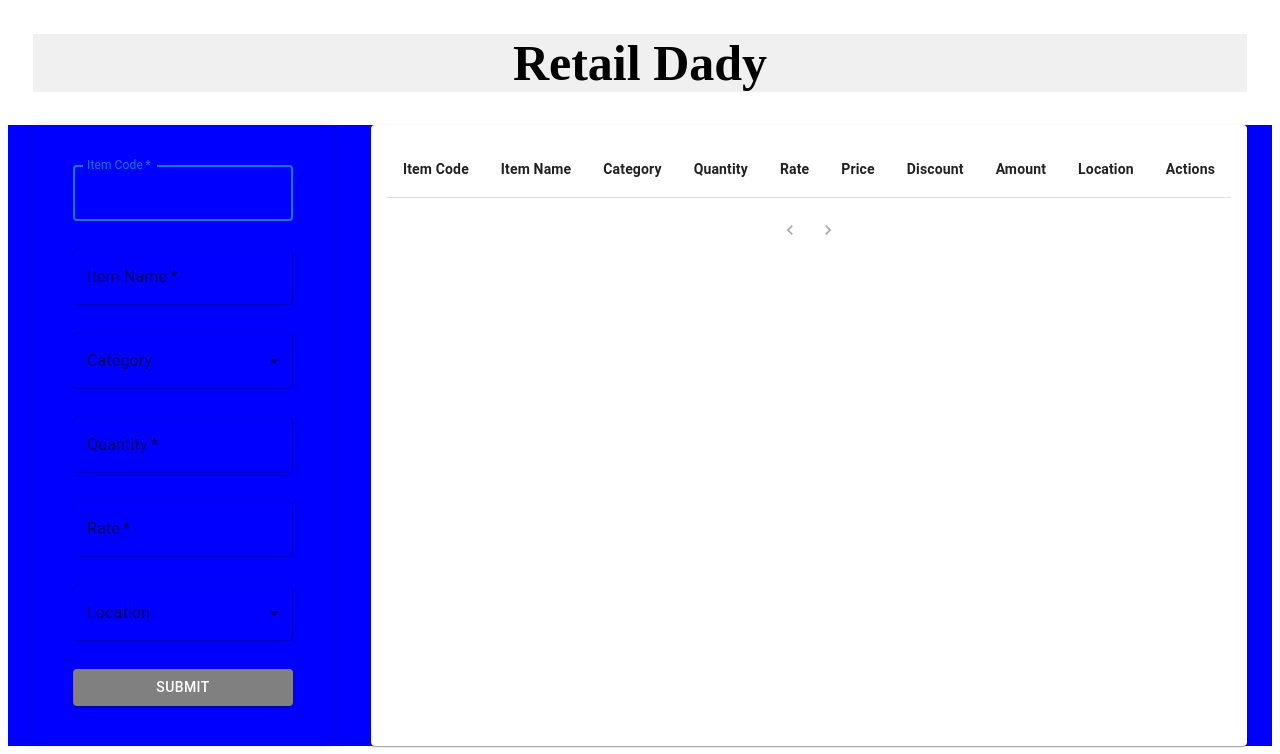
Repository: SharonSebastian32/retail-dady-frontend-app
Page: /
An editor plug-in stored every save of this project. The page is shown before and after a run of saves, followed by the edit.
The browser window is 1280 px wide. The pictures show the whole page.
The page's requests for data from a server got no answer. The project was rebuilt for these pictures with package versions that can differ from the ones it lists, and the page was loaded fresh each time. No one was signed in, and anything a server would have sent is missing. Also part of the build but not shown: vite.config.js, src/components/Childrens/FormDialogue.jsx, src/components/Childrens/ViewDetails.jsx, src/App.css.

Above is the page before, as saved 2024-12-07 21:39:50.

### index.html
<!DOCTYPE html>
<html lang="en">
  <head>
    <meta charset="UTF-8" />
    <link rel="icon" type="image/svg+xml" href="/image.png" />
    <meta
      name="viewport"
      content="width=device-width, initial-scale=1.0, maximum-scale=5.0, minimum-scale=1.0"
    />
    <meta http-equiv="X-UA-Compatible" content="IE=edge" />
    <meta name="theme-color" content="#000000" />
    <meta name="description" content="Retail Dady - Your retail solution" />
    <title>Retail Dady</title>
  </head>
  <body>
    <div id="root"></div>
    <script type="module" src="/src/main.jsx"></script>
  </body>
</html>

### src/main.jsx
import { createRoot } from "react-dom/client";
import App from "./App.jsx";
import "primereact/resources/themes/lara-light-indigo/theme.css";
import "primereact/resources/primereact.min.css";
createRoot(document.getElementById("root")).render(<App />);

### src/App.jsx
import { useState } from "react";
import Tables from "./components/Tables";
import "./App.css";
import InvoiceForm from "./components/Form";

function App() {
  const [refresh, setRefresh] = useState(false);

  const triggerRefresh = () => {
    setRefresh((prev) => !prev);
  };

  return (
    <>
      <div style={{ padding: "0px 25px" }}>
        <h1
          style={{
            backgroundColor: "#f0f0f1",
            color: "black",
            fontFamily: "serif",
            fontSize: "50px",
            textAlign: "center",
          }}
        >
          Retail Dady
        </h1>
      </div>
      <div
        style={{
          display: "flex",
          flexDirection: "row",
          padding: "0px 25px",
          justifyContent: "space-between",
          backgroundColor: "blue",
        }}
      >
        {" "}
        <div style={{ paddingRight: "25px" }}>  <InvoiceForm onFormSubmit={triggerRefresh} /></div>

        <Tables refresh={refresh} />
      </div>
    </>
  );
}

export default App;

### src/components/Tables.jsx
import { useEffect, useState, useRef } from "react";
import axios from "axios";
import { Toast } from "primereact/toast";
import { ConfirmDialog, confirmDialog } from "primereact/confirmdialog";
import {
  Table,
  TableBody,
  TableCell,
  TableContainer,
  TableHead,
  TableRow,
  Paper,
  IconButton,
  Pagination,
} from "@mui/material";
import { MdDeleteOutline } from "react-icons/md";
import { CiEdit } from "react-icons/ci";
import { RxEyeOpen } from "react-icons/rx";
import FormDialog from "./Childrens/FormDialogue";
import ViewDialog from "./Childrens/ViewDetails.jsx"; // Import ViewDialog

function Tables({ refresh }) {
  const [data, setData] = useState([]);
  const [currentPage, setCurrentPage] = useState(1);
  const rowsPerPage = 6;
  const toast = useRef(null);
  const [selectedRow, setSelectedRow] = useState(null); // For FormDialog and ViewDialog
  const [viewMode, setViewMode] = useState(false); // Track if the view dialog is open
  const showToast = (severity, summary, detail) => {
    toast.current.show({
      severity: severity,
      summary: summary,
      detail: detail,
      life: 3000,
    });
  };

  useEffect(() => {
    fetchInvoices();
  }, [refresh]);

  const fetchInvoices = async () => {
    try {
      const response = await fetch(
        import.meta.env.VITE_API_URL + "/api/v1/invoices/getall",
        {
          method: "GET",
          headers: {
            "Content-Type": "application/json",
          },
        }
      );

      if (!response.ok) {
        throw new Error(`HTTP error! Status: ${response.status}`);
      }

      const result = await response.json();
      setData(result.data.reverse());
    } catch (error) {
      console.error("Error fetching invoices:", error);
      showToast(
        "error",
        "Error",
        "Failed to fetch Stock. Please try again later."
      );
    }
  };

  const confirmDelete = (id) => {
    confirmDialog({
      message: "Are you sure you want to delete Stock?",
      header: "Delete",
      icon: "pi pi-exclamation-triangle",
      acceptClassName: "p-button-danger",
      accept: () => handleDelete(id),
      reject: () =>
        showToast("info", "Cancelled", "Delete operation cancelled"),
    });
  };

  const handleDelete = async (id) => {
    if (!id) {
      showToast("error", "Error", "No Stock ID provided for deletion");
      return;
    }
    try {
      const response = await axios.delete(
        import.meta.env.VITE_API_URL + `/api/v1/invoices/delete/${id}`
      );
      if (response.status === 200) {
        setData((prevData) => prevData.filter((item) => item._id !== id));
        showToast("success", "Success", "Item deleted successfully!");
      } else {
        showToast("error", "Error", "Failed to delete item.");
      }
    } catch (error) {
      console.error("Error deleting item:", error);
      showToast("error", "Error", "Failed to delete item.");
    }
  };

  const findDocumentAndUpdate = (row) => {
    setSelectedRow(row);
    setViewMode(false); // Set to false when editing, as it should show the form dialog
  };

  const viewDocument = (row) => {
    setSelectedRow(row);
    setViewMode(true); // Set to true when viewing, to show the view dialog
  };

  const getDiscount = (category) => {
    switch (category) {
      case "Vegetables":
        return 10;
      case "Stationaries":
        return 3;
      case "Fruits":
        return 5;
      default:
        return 0;
    }
  };

  const getCategoryAbbreviation = (category) => {
    switch (category) {
      case "Vegetables":
        return "VEG";
      case "Stationaries":
        return "STR";
      case "Fruits":
        return "FRT";
      default:
        return category;
    }
  };

  const handleEdit = async () => {
    try {
      await fetchInvoices();
      showToast("success", "Success", "Updated successfully!");
    } catch (error) {
      console.error("Error handling submit:", error);
      showToast(
        "error",
        "Error",
        "Failed to update data. Please try again later."
      );
    }
  };

  const indexOfLastRow = currentPage * rowsPerPage;
  const indexOfFirstRow = indexOfLastRow - rowsPerPage;
  const currentRows = data.slice(indexOfFirstRow, indexOfLastRow);
  const totalPages = Math.ceil(data.length / rowsPerPage);

  return (
    <Paper elevation={1} sx={{ padding: 2 }}>
      <Toast ref={toast} />
      <ConfirmDialog />
      <TableContainer>
        <Table>
          <TableHead>
            <TableRow>
              {[
                "Item Code",
                "Item Name",
                "Category",
                "Quantity",
                "Rate",
                "Price",
                "Discount",
                "Amount",
                "Location",
                "Actions",
              ].map((header) => (
                <TableCell key={header} style={{ fontWeight: "bold" }}>
                  {header}
                </TableCell>
              ))}
            </TableRow>
          </TableHead>
          <TableBody>
            {currentRows.map((row, index) => {
              const discount = getDiscount(row.category);
              const price = row.quantity * (row.rate || 0);
              const amountPay = (price - (price * discount) / 100).toFixed(2);
              return (
                <TableRow
                  key={row._id}
                  style={{
                    backgroundColor: index % 2 === 0 ? "#ffffff" : "#f0f0f0",
                    cursor: "pointer",
                  }}
                >
                  <TableCell>{row.itemCode}</TableCell>
                  <TableCell>{row.itemName}</TableCell>
                  <TableCell>{getCategoryAbbreviation(row.category)}</TableCell>
                  <TableCell>{row.quantity}</TableCell>
                  <TableCell>{row.rate?.toFixed(2) || "-"}</TableCell>
                  <TableCell>{price.toFixed(2) || "-"}</TableCell>
                  <TableCell>{`${discount}%`}</TableCell>
                  <TableCell>{amountPay}</TableCell>
                  <TableCell>{row.location || "-"}</TableCell>
                  <TableCell>
                    <div className="flex flex-row gap-2">
                      <IconButton
                        onClick={() => confirmDelete(row._id)}
                        aria-label="delete"
                        className="hover:bg-red-100"
                      >
                        <MdDeleteOutline color="red" />
                      </IconButton>
                      <IconButton
                        onClick={() => findDocumentAndUpdate(row)} // Open FormDialog for edit
                        aria-label="edit"
                        className="hover:bg-green-100"
                      >
                        <CiEdit color="green" />
                      </IconButton>
                      <IconButton
                        onClick={() => viewDocument(row)} // Open ViewDialog for viewing
                        aria-label="view"
                        className="hover:bg-gray-100"
                      >
                        <RxEyeOpen color="black" />
                      </IconButton>
                    </div>
                  </TableCell>
                </TableRow>
              );
            })}
          </TableBody>
        </Table>
      </TableContainer>
      <Pagination
        count={totalPages}
        page={currentPage}
        onChange={(event, page) => setCurrentPage(page)}
        sx={{ marginTop: 2, display: "flex", justifyContent: "center" }}
      />
      {/* Show FormDialog if editing, and ViewDialog if viewing */}
      {selectedRow && !viewMode && (
        <FormDialog
          open={!!selectedRow} // Open FormDialog if row is selected
          handleClose={() => setSelectedRow(null)} // Close FormDialog
          rowData={selectedRow} // Pass rowData for editing
          handleSubmit={handleEdit}
        />
      )}
      {selectedRow && viewMode && (
        <ViewDialog
          open={!!selectedRow} // Open ViewDialog if row is selected
          handleClose={() => setSelectedRow(null)} // Close ViewDialog
          rowData={selectedRow} // Pass rowData for viewing
        />
      )}
    </Paper>
  );
}

export default Tables;

### src/components/Form.jsx
import { useState, useRef, useEffect } from "react";
import { Toast } from "primereact/toast";
import { ConfirmDialog } from "primereact/confirmdialog";
import {
  Box,
  Button,
  MenuItem,
  Select,
  TextField,
  FormControl,
  InputLabel,
} from "@mui/material";

function Form({ onFormSubmit }) {
  const toast = useRef(null);
  const itemCodeRef = useRef(null); // Ref for itemCode input
  const [visible, setVisible] = useState(false);
  const [formData, setFormData] = useState({
    itemCode: "",
    itemName: "",
    category: "",
    quantity: "",
    rate: "",
    location: "",
  });

  const handleChange = (e) => {
    const { name, value } = e.target;
    setFormData((prevData) => ({ ...prevData, [name]: value }));
  };

  const handleFormSubmit = async () => {
    try {
      const response = await fetch(
        import.meta.env.VITE_API_URL + "/api/v1/invoices/create", // Fixed syntax error - removed extra parentheses
        {
          method: "POST",
          headers: { "Content-Type": "application/json" },
          body: JSON.stringify(formData),
        }
      );

      const data = await response.json();

      if (response.ok) {
        toast.current.show({
          severity: "success",
          summary: "Success",
          detail: "Stock added successfully!",
          life: 3000,
        });

        setFormData({
          itemCode: "",
          itemName: "",
          category: "",
          quantity: "",
          rate: "",
          location: "",
        });
        onFormSubmit();
      } else {
        showToastError(data.message || "Something went wrong!");
      }
    } catch (error) {
      showToastError("Failed to add stock. Please try again.");
      console.error(error);
    }
  };

  const showToastError = (message) => {
    toast.current.show({
      severity: "error",
      summary: "Error",
      detail: message,
      life: 3000,
    });
  };

  // Handle form submission action
  const handleSubmit = (e) => {
    e.preventDefault();
    setVisible(true);
  };

  // Confirmation accept and reject actions
  const accept = () => {
    handleFormSubmit();
    setVisible(false);
  };

  const reject = () => {
    toast.current.show({
      severity: "warn",
      summary: "Cancelled",
      detail: "You have cancelled the submission",
      life: 3000,
    });
  };

  // Focus on itemCode input field after form reset
  useEffect(() => {
    if (formData.itemCode === "") {
      itemCodeRef.current?.focus(); // Focus after resetting form data
    }
  }, [formData.itemCode]);

  return (
    <Box
      component="form"
      onSubmit={handleSubmit}
      sx={{
        marginTop: "9px",
        padding: "40px",
        boxShadow: "0px 0px 10px rgba(0, 0, 0, 0.1)",
        gap: "28px",
        display: "flex",
        flexDirection: "column",
        maxWidth: "300px",
        margin: "0 auto",
      }}
    >
      <Toast ref={toast} />
      <ConfirmDialog
        visible={visible}
        onHide={() => setVisible(false)}
        message="Are you sure you want to add this item to Stock?"
        header="Confirmation"
        icon="pi pi-exclamation-triangle"
        accept={accept}
        reject={reject}
      />

      {/* Item Code */}
      <TextField
        inputRef={itemCodeRef} // Ref for itemCode TextField
        label="Item Code"
        name="itemCode"
        value={formData.itemCode}
        onChange={handleChange}
        placeholder="Enter Item Code"
        required
        fullWidth
      />

      {/* Item Name */}
      <TextField
        label="Item Name"
        name="itemName"
        value={formData.itemName}
        onChange={handleChange}
        placeholder="Enter Item Name"
        required
        fullWidth
      />

      {/* Category */}
      <FormControl fullWidth>
        <InputLabel id="category-label">Category</InputLabel>
        <Select
          labelId="category-label"
          label="Category"
          name="category"
          value={formData.category}
          onChange={handleChange}
          required
        >
          <MenuItem value="Fruits">Fruits</MenuItem>
          <MenuItem value="Vegetables">Vegetables</MenuItem>
          <MenuItem value="Stationaries">Stationaries</MenuItem>
        </Select>
      </FormControl>

      {/* Quantity */}
      <TextField
        label="Quantity"
        name="quantity"
        type="number"
        value={formData.quantity}
        onChange={handleChange}
        placeholder="Enter Quantity"
        required
        fullWidth
      />

      {/* Rate */}
      <TextField
        label="Rate"
        name="rate"
        type="number"
        value={formData.rate}
        onChange={handleChange}
        placeholder="Enter Rate"
        required
        fullWidth
      />

      {/* Location */}
      <FormControl fullWidth>
        <InputLabel id="location-label">Location</InputLabel>
        <Select
          labelId="location-label"
          name="location"
          label="Location"
          value={formData.location}
          onChange={handleChange}
          required
        >
          <MenuItem value="Calicut">Calicut</MenuItem>
          <MenuItem value="Malappuram">Malappuram</MenuItem>
          <MenuItem value="Thrissur">Thrissur</MenuItem>
        </Select>
      </FormControl>

      {/* Submit Button */}
      <Button
        type="submit"
        variant="contained"
        sx={{ backgroundColor: "grey", width: "100%" }}
      >
        Submit
      </Button>
    </Box>
  );
}

export default Form;

After the next 2 saves:
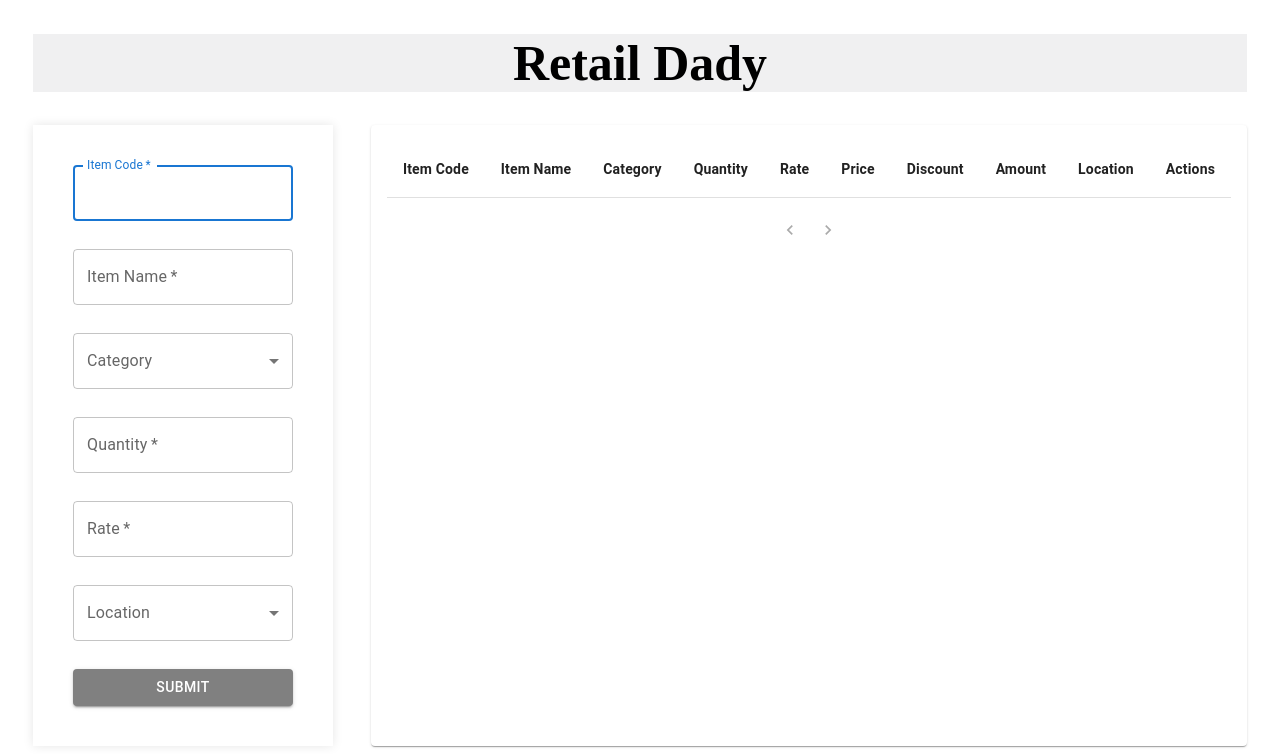
The 2 saves are shown as one change because they came seconds apart.
The last was saved 14 s later.
--- a/src/App.jsx
+++ b/src/App.jsx
@@ -31,12 +31,13 @@ function App() {
           flexDirection: "row",
           padding: "0px 25px",
           justifyContent: "space-between",
-          backgroundColor: "blue",
         }}
       >
         {" "}
-        <div style={{ paddingRight: "25px" }}>  <InvoiceForm onFormSubmit={triggerRefresh} /></div>
-
+        <div style={{ paddingRight: "25px" }}>
+          {" "}
+          <InvoiceForm onFormSubmit={triggerRefresh} />
+        </div>
         <Tables refresh={refresh} />
       </div>
     </>
